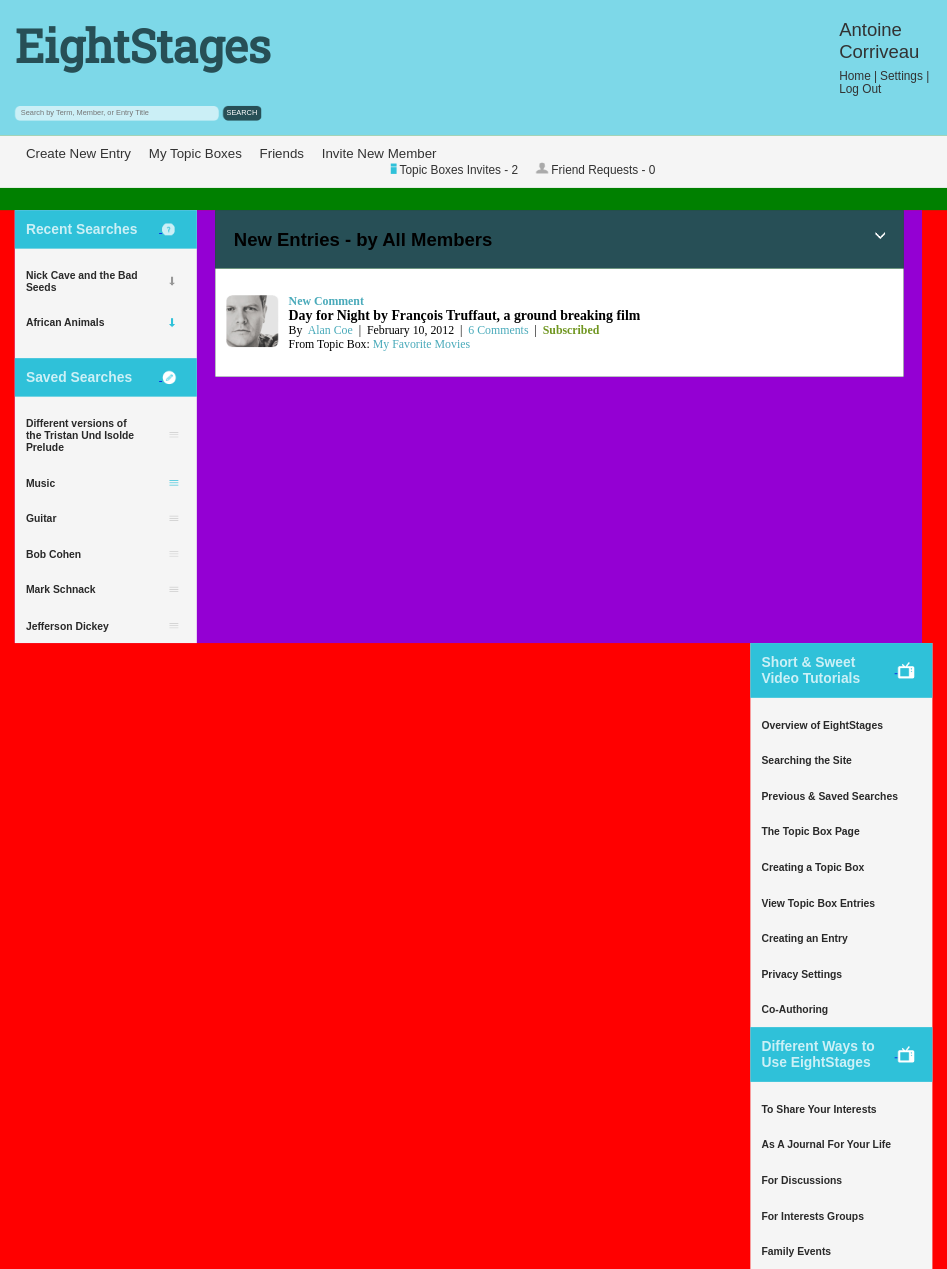
Repository: bhattaraib58/eighstages-lf-design
Page: Assignment 3/Eight Stages Website Mockup Done/index.html
The author's editor kept a copy of each file at every save. The page is drawn from the files as they stood at one save, then again after the next save.
The browser window is 1280 px wide. The pictures show the whole page, at 74% of full size.
Some web fonts or font styles are not loaded; a fallback is used.

Above is the page before, as saved 2019-06-10 03:09:13.

After the next save:
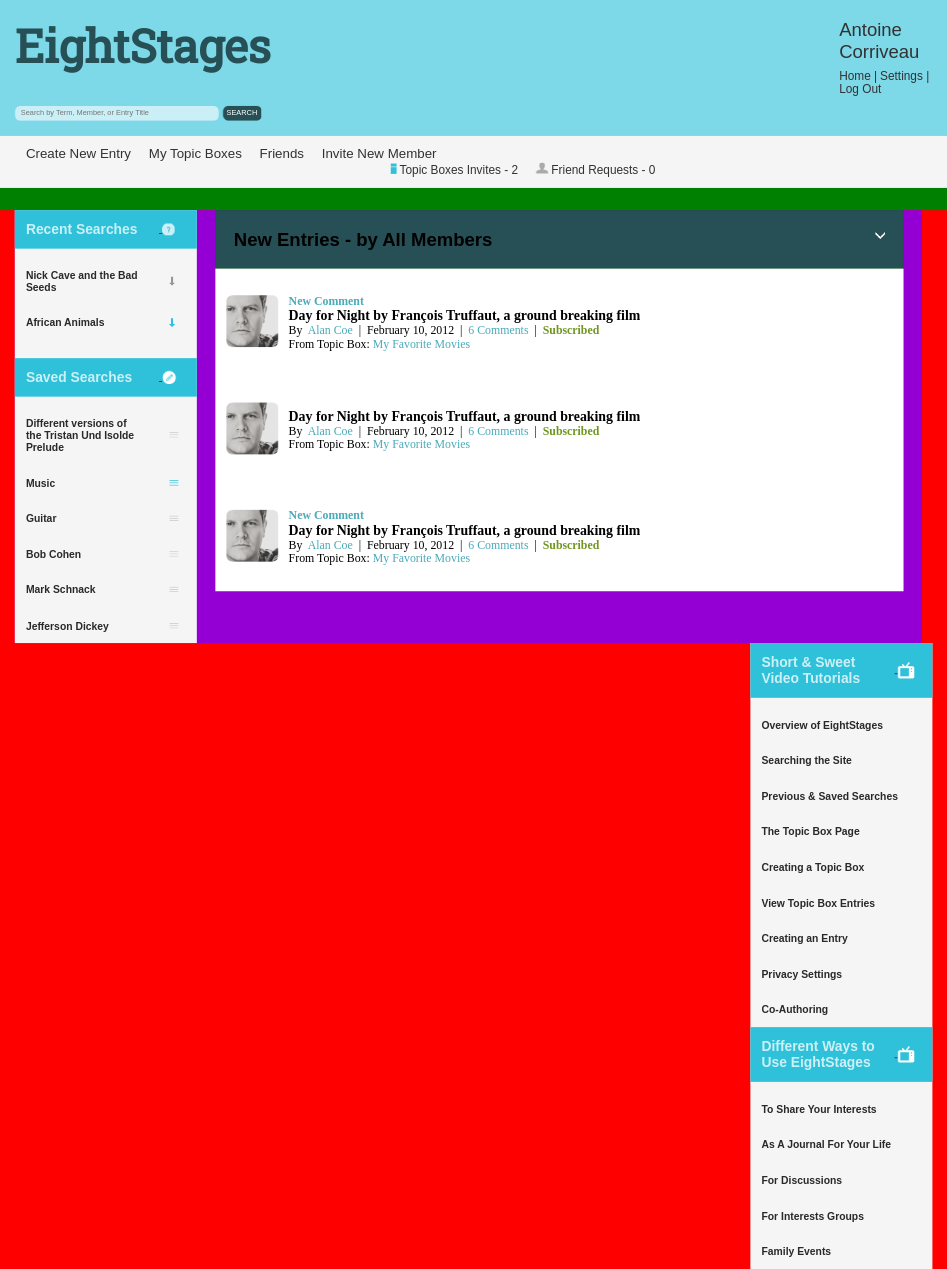
Saved 40 s later.
--- a/Assignment 3/Eight Stages Website Mockup Done/index.html
+++ b/Assignment 3/Eight Stages Website Mockup Done/index.html
@@ -165,20 +165,56 @@
                             </div>
                         </li>
 
-
-
-
-
-
-
-
-
-
-
-                        <li></li>
-                        <li></li>
-                        <li></li>
-                        <li></li>
+                        <li class="entries">
+                                <div>
+                                    <div class="image-container">
+                                        <img src="images/person-1.png" alt="person-1">
+                                    </div>
+                                    <div class="entries-content">
+                                        <!-- <span class="entries-notify-info">New Comment</span> -->
+                                        <h3  class="entries-title">Day for Night by François Truffaut, a ground breaking film</h3>
+                                        <div class="entries-author">
+                                            <span>By&nbsp;</span>
+                                            <a href="#">Alan Coe</a>
+                                            <span>&nbsp;|&nbsp;</span>
+                                            <span>February 10, 2012</span>
+                                            <span>&nbsp;|&nbsp;</span>
+                                            <a href="#">6&nbsp;Comments</a>
+                                            <span>&nbsp;|&nbsp;</span>
+                                            <span class="subscribed">Subscribed</span>
+                                        </div>
+                                        <div class="entries-category">
+                                            <span>From Topic Box: </span>
+                                            <a href="#">My Favorite Movies</a>
+                                        </div>
+                                    </div>
+                                </div>
+                            </li>
+                            <li class="entries">
+                                <div>
+                                    <div class="image-container">
+                                        <img src="images/person-1.png" alt="person-1">
+                                    </div>
+                                    <div class="entries-content">
+                                        <span class="entries-notify-info">New Comment</span>
+                                        <h3  class="entries-title">Day for Night by François Truffaut, a ground breaking film</h3>
+                                        <div class="entries-author">
+                                            <span>By&nbsp;</span>
+                                            <a href="#">Alan Coe</a>
+                                            <span>&nbsp;|&nbsp;</span>
+                                            <span>February 10, 2012</span>
+                                            <span>&nbsp;|&nbsp;</span>
+                                            <a href="#">6&nbsp;Comments</a>
+                                            <span>&nbsp;|&nbsp;</span>
+                                            <span class="subscribed">Subscribed</span>
+                                        </div>
+                                        <div class="entries-category">
+                                            <span>From Topic Box: </span>
+                                            <a href="#">My Favorite Movies</a>
+                                        </div>
+                                    </div>
+                                </div>
+                            </li>
                     </ul>
                 </div>
 
